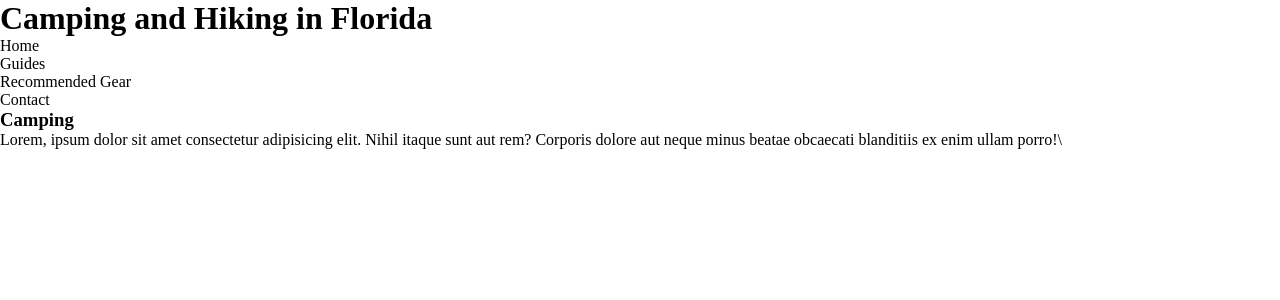
Repository: mlmEFSC21/P22-Mouse-Click
Page: click.html
An editor plug-in stored every save of this project. The page is shown before and after the next save, followed by the edit.
The browser window is 1280 px wide. The pictures show the whole page.

Above is the page before, as saved 2022-04-17 20:41:06.

After the next save:
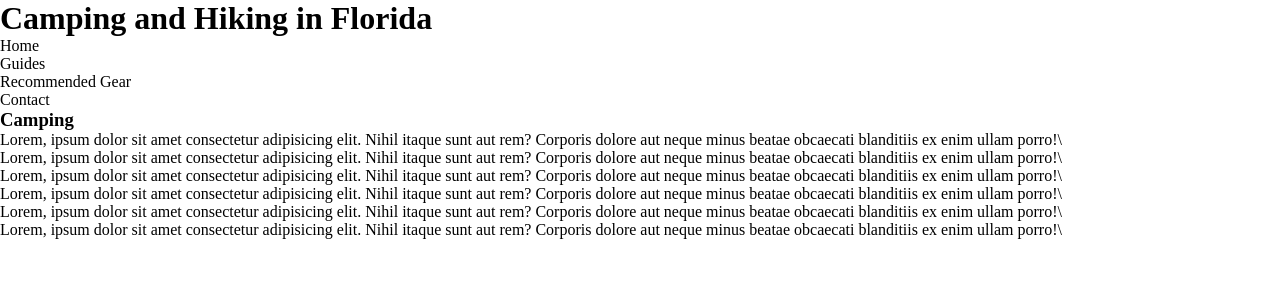
Saved 44 s later.
--- a/click.html
+++ b/click.html
@@ -26,8 +26,30 @@
                 Lorem, ipsum dolor sit amet consectetur adipisicing elit. Nihil itaque sunt aut rem?
                 Corporis dolore aut neque minus beatae obcaecati blanditiis ex enim ullam porro!\
             </p>
+            <p>
+                Lorem, ipsum dolor sit amet consectetur adipisicing elit. Nihil itaque sunt aut rem?
+                Corporis dolore aut neque minus beatae obcaecati blanditiis ex enim ullam porro!\
+            </p>
         </div>
-        <div></div>
-        <div></div>
+        <div>
+            <p>
+                Lorem, ipsum dolor sit amet consectetur adipisicing elit. Nihil itaque sunt aut rem?
+                Corporis dolore aut neque minus beatae obcaecati blanditiis ex enim ullam porro!\
+            </p>
+            <p>
+                Lorem, ipsum dolor sit amet consectetur adipisicing elit. Nihil itaque sunt aut rem?
+                Corporis dolore aut neque minus beatae obcaecati blanditiis ex enim ullam porro!\
+            </p>
+        </div>
+        <div>
+            <p>
+                Lorem, ipsum dolor sit amet consectetur adipisicing elit. Nihil itaque sunt aut rem?
+                Corporis dolore aut neque minus beatae obcaecati blanditiis ex enim ullam porro!\
+            </p>
+            <p>
+                Lorem, ipsum dolor sit amet consectetur adipisicing elit. Nihil itaque sunt aut rem?
+                Corporis dolore aut neque minus beatae obcaecati blanditiis ex enim ullam porro!\
+            </p>
+        </div>
     </body>
 </html>
